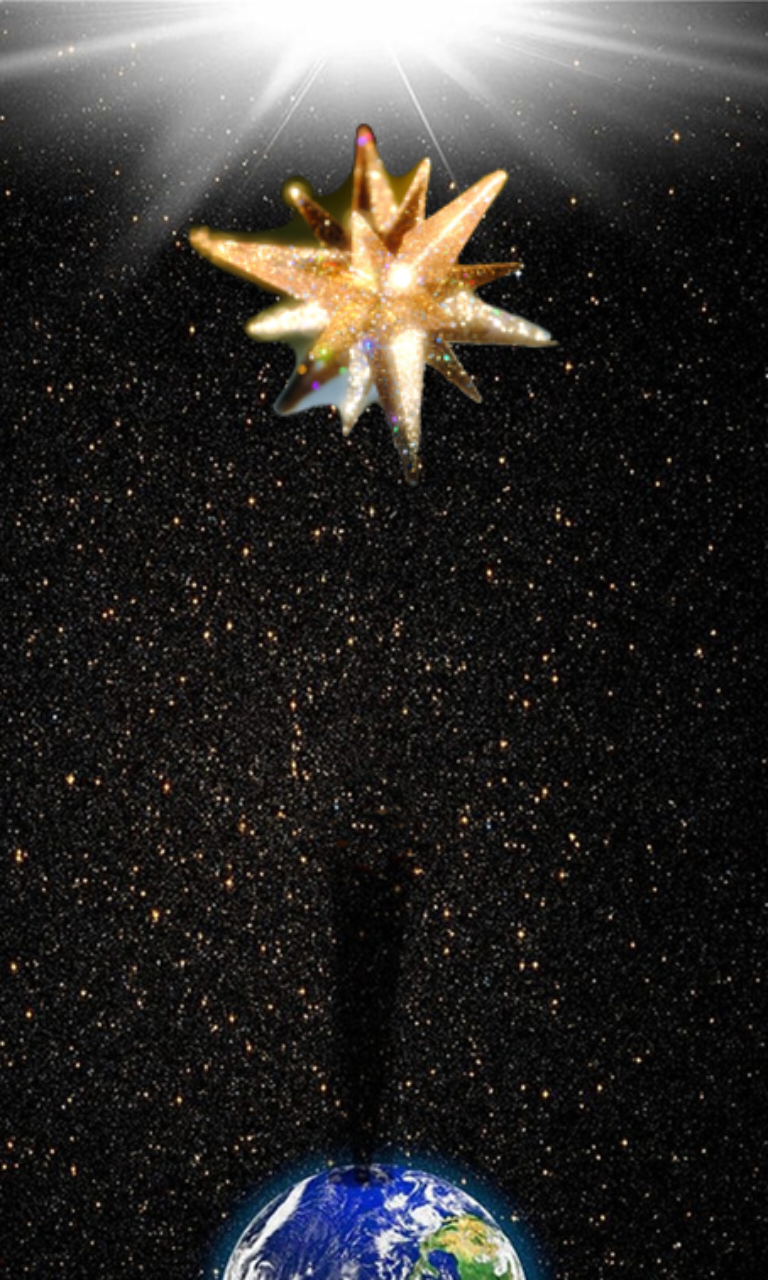
Repository: xianyun2014/StarPoint
Layout: game/res/layout/activity_main.xml
An editor plug-in stored every save of this project. The layout is shown before and after the next save, followed by the edit.
It is drawn on a 768 x 1280 px phone screen (xhdpi) without system bars, with theme AppTheme; the app's code is not run.

Above is the layout before, as saved 2014-11-14 06:22:46.

### game/res/layout/activity_main.xml
<RelativeLayout xmlns:android="http://schemas.android.com/apk/res/android"
    xmlns:tools="http://schemas.android.com/tools"
    android:layout_width="fill_parent"
    android:layout_height="fill_parent"
    tools:context="${relativePackage}.${activityClass}" >

    <ImageView
        android:id="@+id/imageView1"
        android:layout_width="fill_parent"
        android:layout_height="fill_parent"
        android:layout_alignParentTop="true"
        android:scaleType="fitXY"
        android:src="@drawable/back" />

    <ImageView
        android:id="@+id/imageView2"
        android:layout_alignParentTop="true"
        android:layout_centerHorizontal="true"
        android:layout_width="200dp"
        android:layout_height="200dp"
        android:layout_marginTop="44dp"
        android:scaleType="fitXY"
        android:src="@drawable/star" />

</RelativeLayout>

Loaded but not shown: game/res/values/styles.xml (common file); game/res/values-v11/styles.xml (common file); game/res/values-v14/styles.xml (common file)

After the next save:
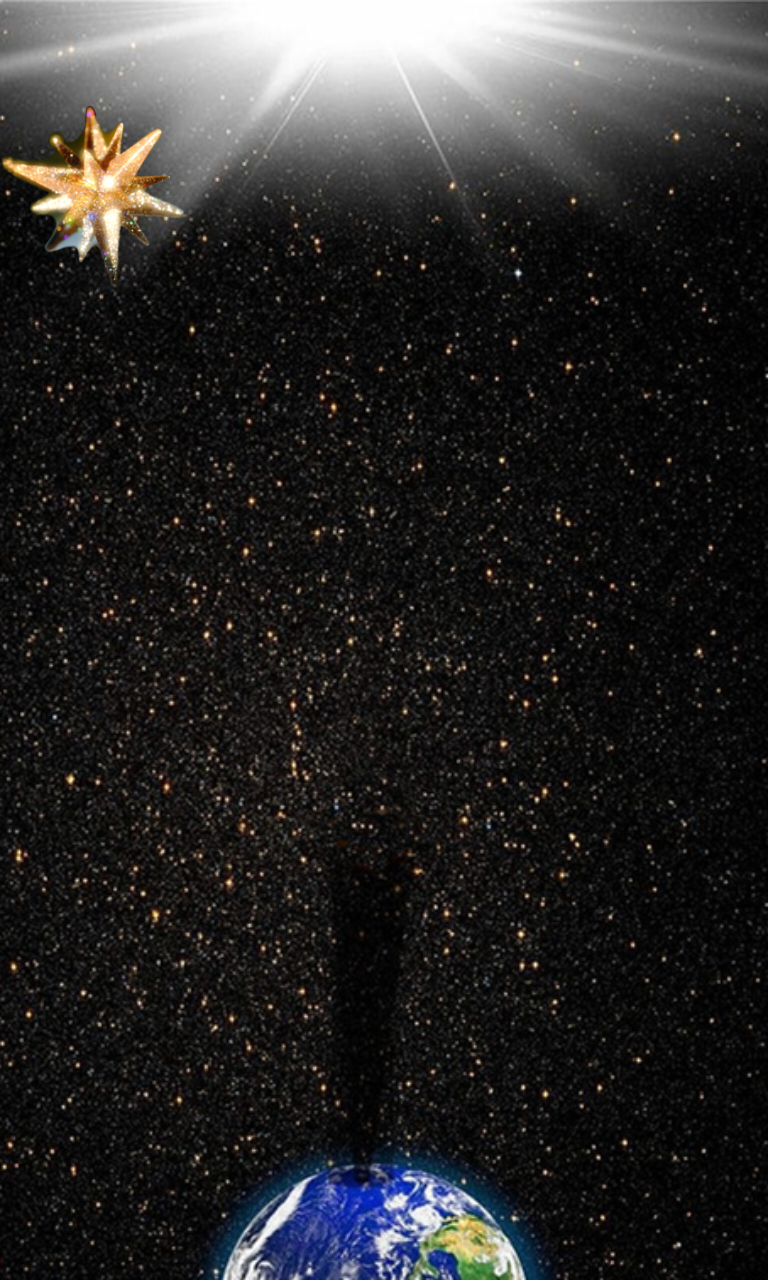
Saved 24 s later.
--- a/game/res/layout/activity_main.xml
+++ b/game/res/layout/activity_main.xml
@@ -14,10 +14,9 @@
 
     <ImageView
         android:id="@+id/imageView2"
+        android:layout_width="100dp"
+        android:layout_height="100dp"
         android:layout_alignParentTop="true"
-        android:layout_centerHorizontal="true"
-        android:layout_width="200dp"
-        android:layout_height="200dp"
         android:layout_marginTop="44dp"
         android:scaleType="fitXY"
         android:src="@drawable/star" />
